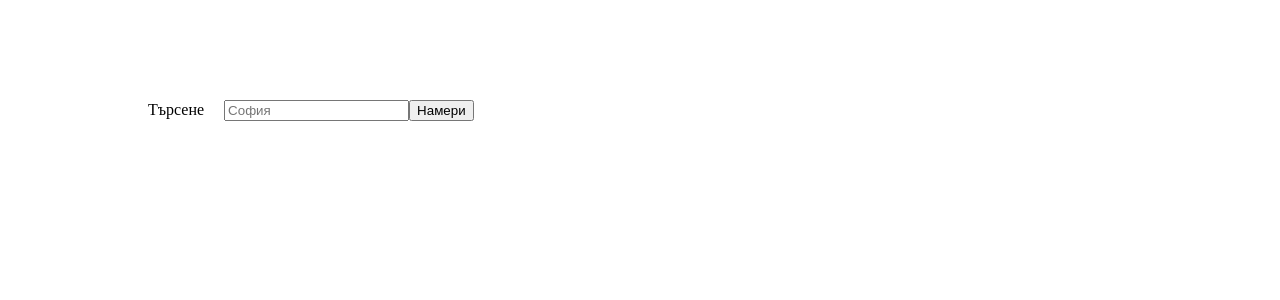
Repository: GeryZlatev/address-search
Page: /
The author's editor kept a copy of each file at every save. The page is drawn from the files as they stood at one save, then again after the next save.
The browser window is 1280 px wide. The pictures show the whole page.
The project was rebuilt for these pictures with package versions that can differ from the ones it lists, and the page was loaded fresh each time.

Above is the page before, as saved 2021-04-09 20:02:53.

### src/index.css
body {
margin: 100px auto;
}

code {
  font-family: source-code-pro, Menlo, Monaco, Consolas, 'Courier New',
    monospace;
}

### src/App.js

import './App.css';
import SearchBar from './components/SearchBar';

function App() {
  return (
    <div className="App">
      <SearchBar/>
    </div>
  );
}

export default App;

### src/components/SearchBar/SearchBar.js
import style from './SearchBar.module.css';

const SearchBar = () => {

    return (
        <div className={style["searchbar-wrapper"]}>
            <form className={style["search-form"]}>
                <label htmlFor="search">
                    Търсене
                </label>
                    <input
                    type="text"
                    autoComplete="true"
                    placeholder="София"
                    name="search"
                    id="search"
                    />

                <input
                    type="submit"
                    value="Намери"
                />
            </form>
        </div>
    )

}

export default SearchBar;

### src/components/SearchBar/SearchBar.module.css
.searchbar-wrapper {
    max-width: 80%;
    margin: 40px auto;
    display: flex;
    justify-content: space-between;
}

.search-form {
    max-width: 100%;
}

.search-form label {
    min-width: 600px;
    margin: 20px;

}

.search-form input[type="text"] {
    min-width: 30%;
    min-height: 10%;
}

Loaded but not shown: public/index.html (common file); src/index.js (common file); src/reportWebVitals.js (common file); src/App.css (common file); src/components/SearchBar/index.js (common file)

After the next save:
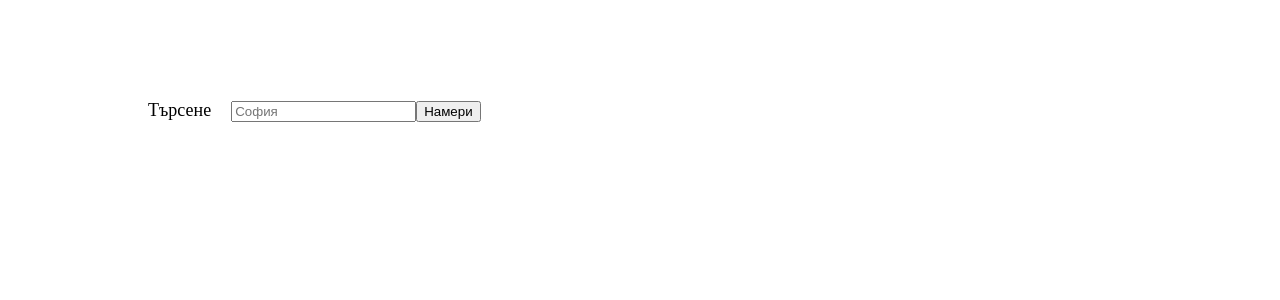
Saved 39 s later.
--- a/src/components/SearchBar/SearchBar.module.css
+++ b/src/components/SearchBar/SearchBar.module.css
@@ -12,6 +12,8 @@
 .search-form label {
     min-width: 600px;
     margin: 20px;
+    font-size: large;
+    font-weight: 200;
 
 }
 
